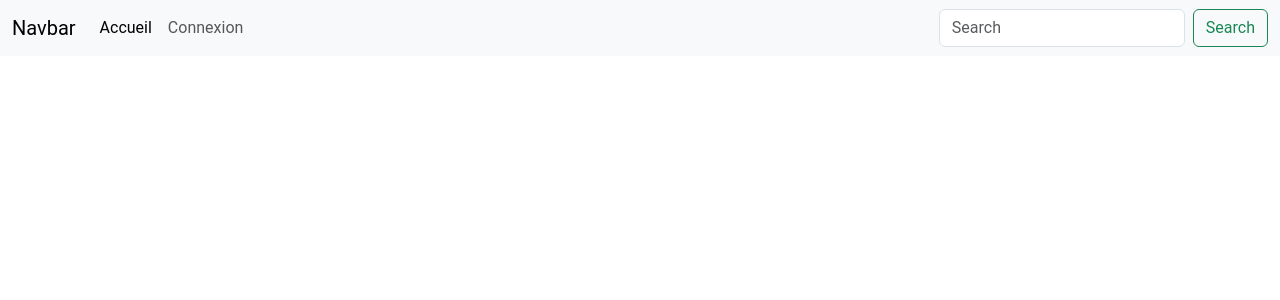
Repository: tecouz/Angular
Page: / (app in projet Angular/demo-angular-dfs2-g2/)
The author's editor kept a copy of each file at every save. The page is drawn from the files as they stood at one save, then again after the next save.
The browser window is 1280 px wide. The pictures show the whole page.
The project was rebuilt for these pictures with package versions that can differ from the ones it lists, and the page was loaded fresh each time. Also part of the build but not shown: projet Angular/demo-angular-dfs2-g2/angular.json, projet Angular/demo-angular-dfs2-g2/src/app/pages/connexion/connexion.component.ts, projet Angular/demo-angular-dfs2-g2/src/app/pages/page404/page404.component.ts.

Above is the page before, as saved 2024-11-25 11:27:57.

After the next save:
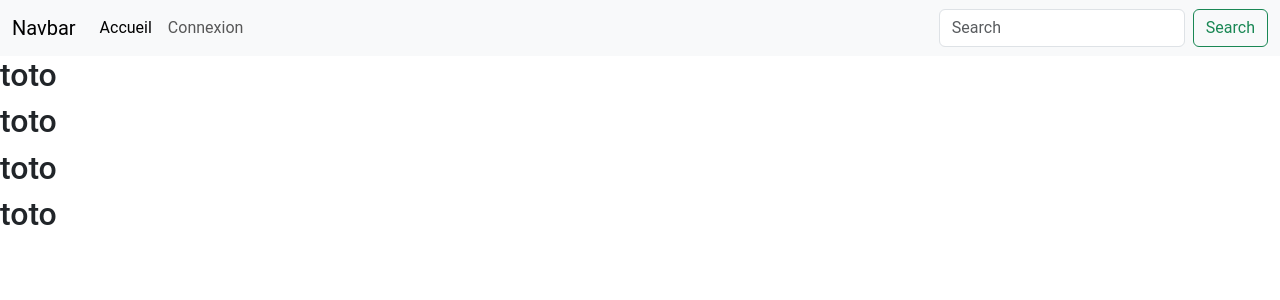
Saved 43 s later.
--- a/projet Angular/demo-angular-dfs2-g2/src/app/pages/accueil/accueil.component.html
+++ b/projet Angular/demo-angular-dfs2-g2/src/app/pages/accueil/accueil.component.html
@@ -1,3 +1,4 @@
 @for (categorie of listeCategories; track $index) {
 
+    <h2>toto</h2>
 }
